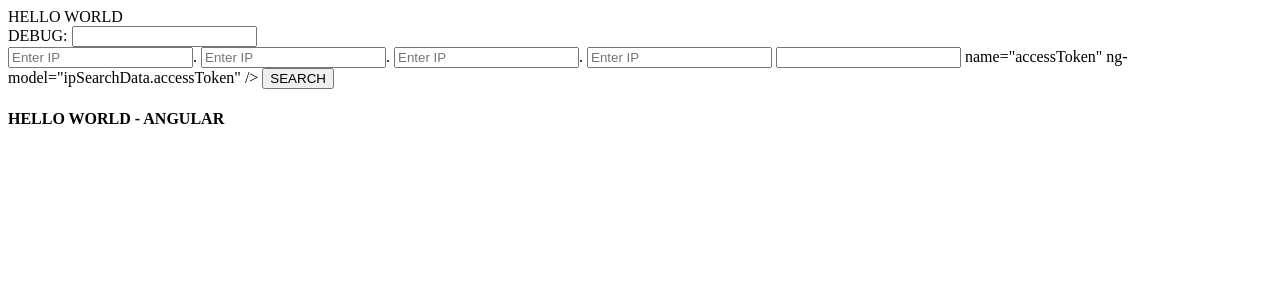
Repository: amp89/FindIP
Page: http://localhost/FindIp/views/search.jsp
The author's editor kept a copy of each file at every save. The page is drawn from the files as they stood at one save, then again after a run of saves.
The browser window is 1280 px wide. The pictures show the whole page.
The page is served by Tomcat 9. Other server files are loaded and not shown.

Above is the page before, as saved 2016-07-18 23:20:35.

### FindIp/FindIp/WebContent/views/search.jsp
<%@ page language="java" contentType="text/html; charset=UTF-8"
    pageEncoding="UTF-8"%>
<!DOCTYPE html PUBLIC "-//W3C//DTD HTML 4.01 Transitional//EN" "http://www.w3.org/TR/html4/loose.dtd">
<html>
<head>
<meta http-equiv="Content-Type" content="text/html; charset=UTF-8">
<title>IP FIND | Search</title>


		<script src="js/jquery.js"></script>
		<script src="js/test.js"></script>
		<script src="angular/angular.min.js"></script>
</head>
<body ng-app="searchApp">
	HELLO WORLD

	<div ng-controller="searchForm">
	DEBUG: ${accessToken}
		<input type="text" value="${accessToken}" ng-model="ipSearchData.accessToken" />
	<form ng-submit="getIpInfo()">
		<input type="text" placeholder="Enter IP" name="first" ng-model="ipSearchData.first" />.
		<input type="text" placeholder="Enter IP" name="second"  ng-model="ipSearchData.second" />.
		<input type="text" placeholder="Enter IP" name="third"  ng-model="ipSearchData.third" />.
		<input type="text" placeholder="Enter IP" name="fourth"  ng-model="ipSearchData.fourth" />
		<input type="text" <c:out value="${accessToken}" /> name="accessToken"  ng-model="ipSearchData.accessToken" />
		<button type="submit">SEARCH</button>
	</form>
	<h3 ng-show="name">{{name}}</h3>
	<h4>{{"HELLO WORLD - ANGULAR"}}</h4>
		</div>
	<!-- end test angular -->

	<!-- test rest call -->
	<script>
	/* old way
	$.ajax({
		type : "GET",
		 url:"rest/getLoggedInUserData",
		headers : {
			"Accept" : "application/json",
			"Content-Type" : "applicatoin/json"
		}
	}).done(function(data) {
		console.log(data);
		$scope.userObject = data;
	}).fail(function() {
		console.log("failed");
	}); */

	var app = angular.module('searchApp',[]);


	app.controller('searchForm',function($scope,$http){
		//request here TODO
		$scope.ipSearchData = {};
		$scope.getIpInfo = function(){
			console.log("IP: " + $scope.ipSearchData);

			$http({
				method:"POST",
				url:"rest/getIpData",
				data:$scope.ipSearchData,
				params : {"content-type":"application/json","Accept" : "application/json"}
			}).then(function success(response){
				console.log(":)");
			}, function error(response){
				console.log(":(");
			});//end http

		};//end get info


	});





	</script>
	<!-- end test rest call -->





</body>
</html>

### FindIp/FindIp/WebContent/js/test.js
$("document").ready(function(){
	console.log("hello world!");
});

Loaded but not shown: FindIp/FindIp/WebContent/js/jquery.js (library); FindIp/FindIp/WebContent/angular/angular.min.js (library)

After the next 4 saves:
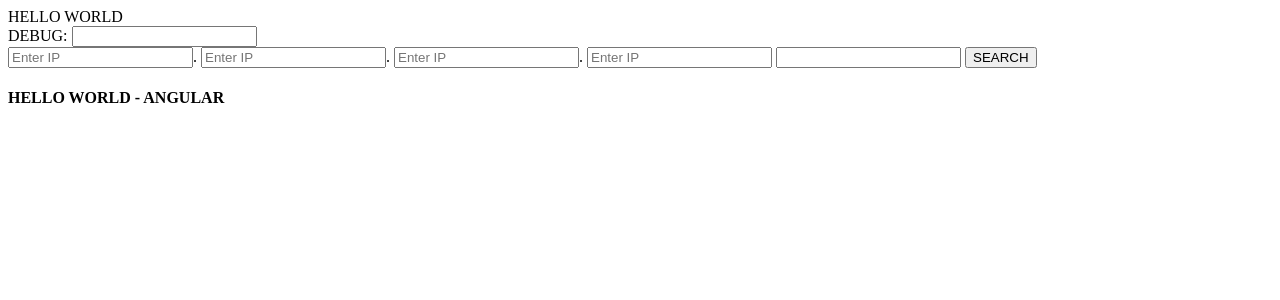
The 4 saves are shown as one change because they came seconds apart.
The last was saved 67 s later.
--- a/FindIp/FindIp/WebContent/views/search.jsp
+++ b/FindIp/FindIp/WebContent/views/search.jsp
@@ -22,7 +22,7 @@
 		<input type="text" placeholder="Enter IP" name="second"  ng-model="ipSearchData.second" />.
 		<input type="text" placeholder="Enter IP" name="third"  ng-model="ipSearchData.third" />.
 		<input type="text" placeholder="Enter IP" name="fourth"  ng-model="ipSearchData.fourth" />
-		<input type="text" <c:out value="${accessToken}" /> name="accessToken"  ng-model="ipSearchData.accessToken" />
+		<input type="text" value="<c:out ${accessToken}/>" name="accessToken"  ng-model="ipSearchData.accessToken" />
 		<button type="submit">SEARCH</button>
 	</form>
 	<h3 ng-show="name">{{name}}</h3>

After the save that followed:
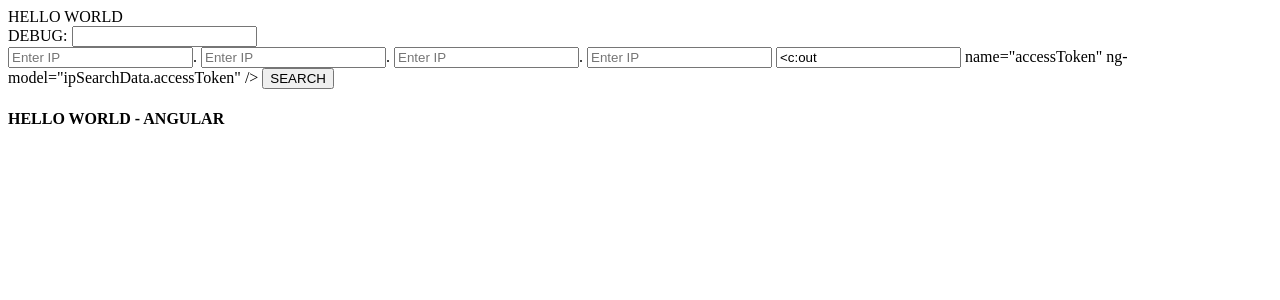
Saved 19 s later.
--- a/FindIp/FindIp/WebContent/views/search.jsp
+++ b/FindIp/FindIp/WebContent/views/search.jsp
@@ -22,7 +22,7 @@
 		<input type="text" placeholder="Enter IP" name="second"  ng-model="ipSearchData.second" />.
 		<input type="text" placeholder="Enter IP" name="third"  ng-model="ipSearchData.third" />.
 		<input type="text" placeholder="Enter IP" name="fourth"  ng-model="ipSearchData.fourth" />
-		<input type="text" value="<c:out ${accessToken}/>" name="accessToken"  ng-model="ipSearchData.accessToken" />
+		<input type="text" value=<c:out ${accessToken}/> name="accessToken"  ng-model="ipSearchData.accessToken" />
 		<button type="submit">SEARCH</button>
 	</form>
 	<h3 ng-show="name">{{name}}</h3>
